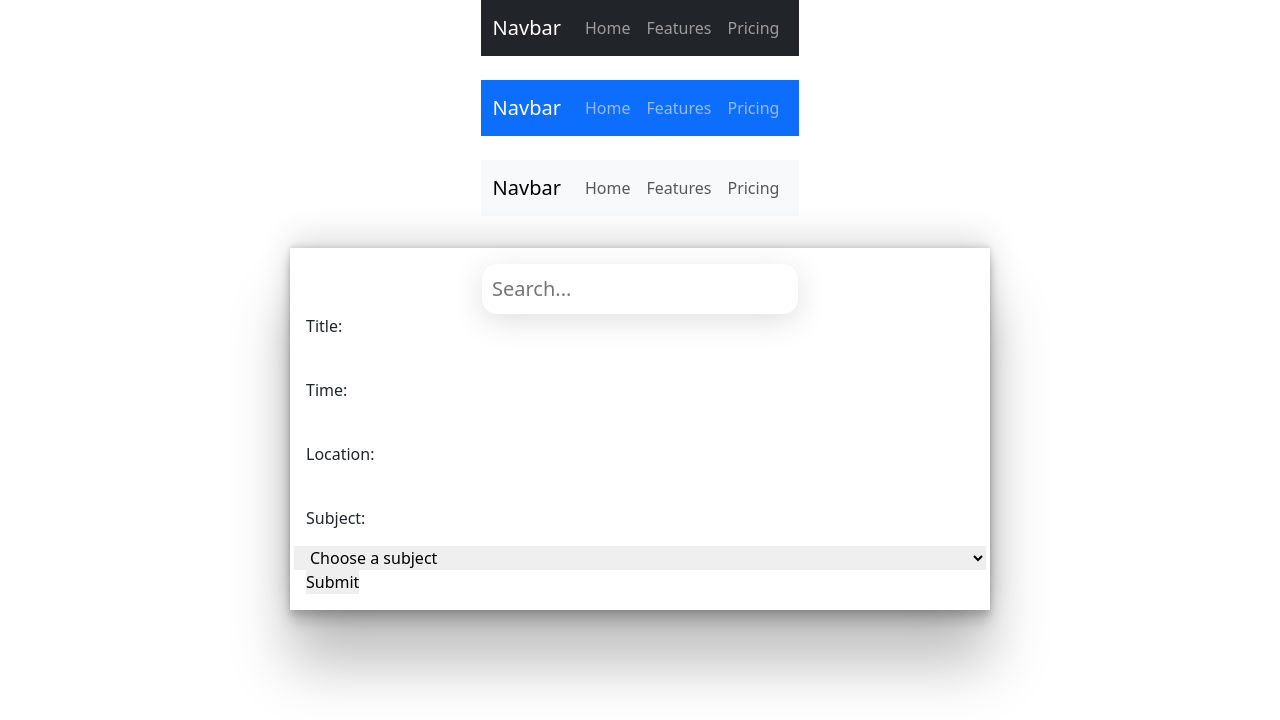
Repository: Omk1/RUStudy
Page: /
The author's editor kept a copy of each file at every save. The page is drawn from the files as they stood at one save, then again after the next save.
The browser window is 1280 px wide. The pictures show the whole page.
The page's requests for data from a server got no answer. The project was rebuilt for these pictures with package versions that can differ from the ones it lists, and the page was loaded fresh each time. No one was signed in, and anything a server would have sent is missing. Also part of the build but not shown: src/Table.js, src/custom.scss.

Above is the page before, as saved 2023-10-08 08:48:37.

### src/App.js
import './App.css';
import Table from './Table';
import { useEffect, useState } from 'react';
import {db} from './firebase';
import {ref, onValue} from "firebase/database";
import {writeToDatabase} from './fireWrite';
import 'bootstrap/dist/css/bootstrap.min.css';
import { Container, Row } from 'react-bootstrap';
import Nav from 'react-bootstrap/Nav';
import Navbar from 'react-bootstrap/Navbar';
import './custom.scss'


function App() {
  const [query, setQuery] = useState("");
  const keys = ["title", "time", "loc", "tag"];

    const [title, setTitle] = useState("");
    const [tag, setTag] = useState("");
    const [time, setTime] = useState("");
    const [loc, setLoc] = useState("");

    const [groups, setGroups] = useState([]);

    useEffect(() => {
      const fetchData = async () => {
        const groupsRef = ref(db);
        onValue(groupsRef, (snapshot) => {
          const data = snapshot.val();
          if (data) {
            const groupsArray = Object.values(data);
            setGroups(groupsArray);
          }
        });
      };

      fetchData();
    }, []);

  const search = (data) => {
    return data.filter((item) =>
      keys.some((key) => {
        const itemValue = item[key];
        return itemValue && itemValue.toLowerCase().includes(query.toLowerCase());
      })
    );
  }

  return (
    <div className="app">
      <>
      <Navbar bg="dark" data-bs-theme="dark">
        <Container>
          <Navbar.Brand href="#home">Navbar</Navbar.Brand>
          <Nav className="me-auto">
            <Nav.Link href="#home">Home</Nav.Link>
            <Nav.Link href="#features">Features</Nav.Link>
            <Nav.Link href="#pricing">Pricing</Nav.Link>
          </Nav>
        </Container>
      </Navbar>
      <br />
      <Navbar bg="primary" data-bs-theme="dark">
        <Container>
          <Navbar.Brand href="#home">Navbar</Navbar.Brand>
          <Nav className="me-auto">
            <Nav.Link href="#home">Home</Nav.Link>
            <Nav.Link href="#features">Features</Nav.Link>
            <Nav.Link href="#pricing">Pricing</Nav.Link>
          </Nav>
        </Container>
      </Navbar>

      <br />
      <Navbar bg="light" data-bs-theme="light">
        <Container>
          <Navbar.Brand href="#home">Navbar</Navbar.Brand>
          <Nav className="me-auto">
            <Nav.Link href="#home">Home</Nav.Link>
            <Nav.Link href="#features">Features</Nav.Link>
            <Nav.Link href="#pricing">Pricing</Nav.Link>
          </Nav>
        </Container>
      </Navbar>
    </>
      <container>
          <input
          placeholder="Search..."
          className="search"
          onChange={e=> setQuery(e.target.value.toLowerCase())}/>
        <form>
          <Row>
            <label>Title: </label>
            <input type="text" value={title} onChange={(e) => setTitle(e.target.value)}></input>
          </Row>
          <Row>
            <label>Time: </label>
            <input type="text" value={time} onChange={(e) => setTime(e.target.value)}></input>
          </Row>
          <Row>
            <label>Location: </label>
            <input type="text" value={loc} onChange={(e) => setLoc(e.target.value)}></input>
          </Row>
          <Row>
            <label>Subject: </label>
            <select value={tag} onChange={(e) => setTag(e.target.value)}>
                <option value="" className="gray">Choose a subject</option>
                <option value="Mathematics">Mathematics</option>
                <option value="Science">Science</option>
                <option value="Economics">Economics</option>
                <option value="Business">Business</option>
            </select>
          </Row>
          <button className="submit" onClick={()=>writeToDatabase(title, time, loc, tag, setTitle, setTime, setLoc, setTag)}>Submit</button>
        </form>
          {
            search(groups).map((data) => (
                <Table title={data.title}
                    time={data.time}
                    loc={data.loc}
                    tag={data.tag}
                    />
            ))
          }
        </container>
    </div>
  );
}

export default App;

### src/App.css
.inline{
  display: inline;
}

.submit{
  margin: auto;
}

.accordion{
  box-sizing: border-box;
  margin: 1.3rem 0;
}

label{
  margin: 1rem 0;

}

container{
  margin: 2rem auto;
  width: 60%;
  box-shadow: rgba(0, 0, 0, 0.25) 0px 54px 55px, rgba(0, 0, 0, 0.12) 0px -12px 30px, rgba(0, 0, 0, 0.12) 0px 4px 6px, rgba(0, 0, 0, 0.17) 0px 12px 13px, rgba(0, 0, 0, 0.09) 0px -3px 5px;  max-width: 700px;
  padding: 1rem;
  align-items: center;
  z-index: 3;
}

.app {
  margin: auto;
  display: flex;
  flex-direction: column;
  justify-content: center;
  align-items: center;
  width: 100vw;
  z-index: -2;
}

.search {
  padding: 10px;
  font-size: 20px;
  height: fit-content;
  display: flex;
  margin: auto;
  box-shadow: rgba(100, 100, 111, 0.2) 0px 7px 29px 0px;
  border-radius: 15px;
}


table {
  width: 100%;
  margin: 50px 0px;
  border-spacing: 15px;
  color: #444;
}

.create label {
  text-align: left;
  display: block;
}

.create input, .create textarea, .create select {
  width: 100%;
  padding: 6px 10px;
  margin: 10px 0;
  border: 1px solid #ddd;
  box-sizing: border-box;
  display: block;
}
.create button {
  background: #f1356d;
  color: #424040;
  border: 0;
  padding: 8px;
  border-radius: 8px;
  cursor: pointer;
}

* {
	border: 0;
	box-sizing: border-box;
	margin: 0;
	padding: 0;
}

body, button, input {
	font: 1em Hind, sans-serif;
	line-height: 1.5em;
}

body, input {
	color: #171717;
}

.gray{
  color: "#bbbbbb";
}

### src/firebase.js
// firebase.js
import {initializeApp} from 'firebase/app';
import {getDatabase} from 'firebase/database';

const firebaseConfig = {
    apiKey: "AIzaSyDkupE5QsdIgtPw8W5ZrA7ZrCYUbS9JZ4E",
    authDomain: "rustudy-4ebc5.firebaseapp.com",
    databaseURL: "https://rustudy-4ebc5-default-rtdb.firebaseio.com",
    projectId: "rustudy-4ebc5",
    storageBucket: "rustudy-4ebc5.appspot.com",
    messagingSenderId: "827503237791",
    appId: "1:827503237791:web:a966eaea1462d4cfe1a0aa"
  };

const app = initializeApp(firebaseConfig);
export const db = getDatabase(app);

### src/fireWrite.js
import {uid} from "uid";
import {db} from './firebase';
import {set, ref} from "firebase/database"

export const writeToDatabase = (titleVal, timeVal, locVal, tagVal, setTitle, setTime, setLoc, setTag) => {
    const uuid = uid();
    set(ref(db, `/${uuid}`), {
      title: titleVal,
      time: timeVal,
      loc: locVal,
      tag: tagVal,
      uuid,
    });

    setTitle(""); setTime(""); setLoc(""); setTag("");
}

Loaded but not shown: public/index.html (common file); src/index.js (common file)

After the next save:
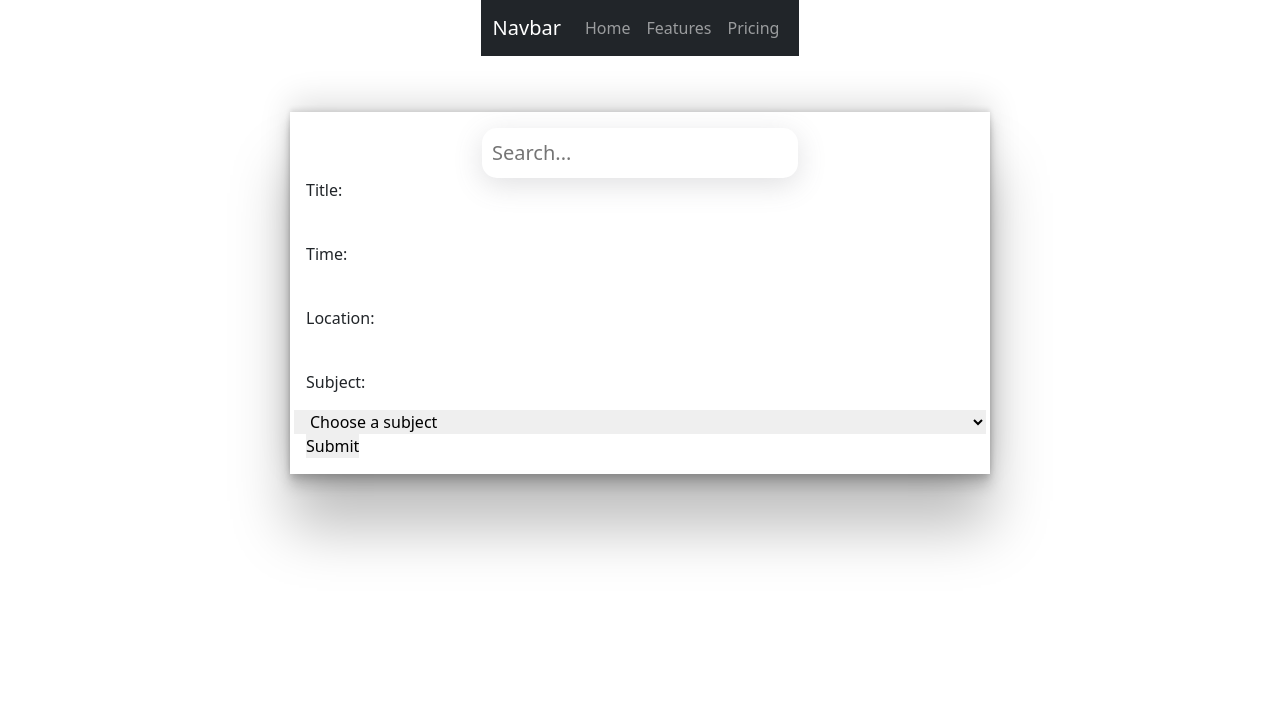
Saved 29 s later.
--- a/src/App.js
+++ b/src/App.js
@@ -60,28 +60,6 @@ function App() {
         </Container>
       </Navbar>
       <br />
-      <Navbar bg="primary" data-bs-theme="dark">
-        <Container>
-          <Navbar.Brand href="#home">Navbar</Navbar.Brand>
-          <Nav className="me-auto">
-            <Nav.Link href="#home">Home</Nav.Link>
-            <Nav.Link href="#features">Features</Nav.Link>
-            <Nav.Link href="#pricing">Pricing</Nav.Link>
-          </Nav>
-        </Container>
-      </Navbar>
-
-      <br />
-      <Navbar bg="light" data-bs-theme="light">
-        <Container>
-          <Navbar.Brand href="#home">Navbar</Navbar.Brand>
-          <Nav className="me-auto">
-            <Nav.Link href="#home">Home</Nav.Link>
-            <Nav.Link href="#features">Features</Nav.Link>
-            <Nav.Link href="#pricing">Pricing</Nav.Link>
-          </Nav>
-        </Container>
-      </Navbar>
     </>
       <container>
           <input
